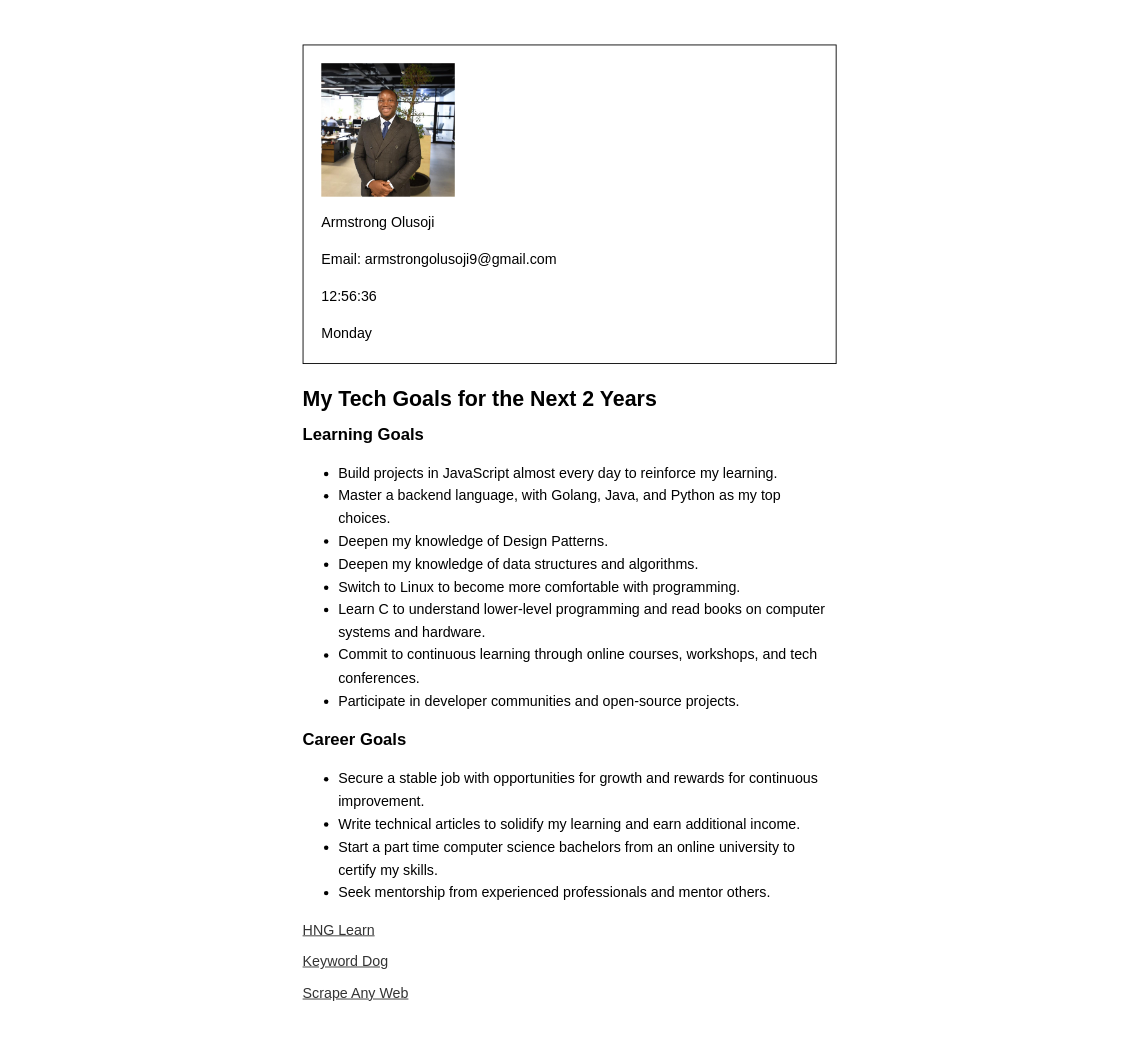
Repository: Armstrong2035/hng-project-one
Page: index.html
An editor plug-in stored every save of this project. The page is shown before and after the next save, followed by the edit.
The browser window is 1280 px wide. The pictures show the whole page, at 89% of full size.

Above is the page before, as saved 2024-07-01 16:59:21.

### index.html
<!DOCTYPE html>
<html>
  <head>
    <meta charset="utf-8" />
    <meta name="viewport" content="width=device-width" />
    <title>Armstrong Olusoji's Goals</title>
    <link href="style.css" rel="stylesheet" type="text/css" />
    <script src="script.js" defer></script>
  </head>
  <body>
    <div id="container">
      <div class="profile-card">
        <div class="profile-picture">
          <img
            src="Headshot.jpg"
            alt="Profile Picture"
            class="headshot"
            data-testid="slackProfilePicture"
          />
        </div>
        <div class="display-information">
          <p data-testid="slackDisplayName">Armstrong Olusoji</p>
          <p data-testid="slackEmail">Email: armstrongolusoji9@gmail.com</p>
          <p data-testid="currentTimeUTC" id="current-time">Loading...</p>
          <p data-testid="currentDay" id="current-day">Loading...</p>
        </div>
      </div>

      <section id="my-goals">
        <h2>My Tech Goals for the Next 2 Years</h2>
        <div class="learning-goals">
          <h3>Learning Goals</h3>
          <ul>
            <li>
              Build projects in JavaScript almost every day to reinforce my
              learning.
            </li>
            <li>
              Master a backend language, with Golang, Java, and Python as my top
              choices.
            </li>
            <li>Deepen my knowledge of Design Patterns.</li>
            <li>Deepen my knowledge of data structures and algorithms.</li>
            <li>
              Switch to Linux to become more comfortable with programming.
            </li>
            <li>
              Learn C to understand lower-level programming and read books on
              computer systems and hardware.
            </li>
            <li>
              Commit to continuous learning through online courses, workshops,
              and tech conferences.
            </li>
            <li>
              Participate in developer communities and open-source projects.
            </li>
          </ul>
        </div>
        <div class="career-goals">
          <h3>Career Goals</h3>
          <ul>
            <li>
              Secure a stable job with opportunities for growth and rewards for
              continuous improvement.
            </li>
            <li>
              Write technical articles to solidify my learning and earn
              additional income.
            </li>
            <li>
              Start a part time computer science bachelors from an online
              university to certify my skills.
            </li>
            <li>
              Seek mentorship from experienced professionals and mentor others.
            </li>
          </ul>
        </div>
      </section>

      <section>
        <a href="https://hng.tech/learn" data-testid="hngLink">HNG Learn</a>
        <a href="https://keyword.dog" data-testid="keywordLink">Keyword Dog</a>
        <a href="https://scrapeanyweb.site" data-testid="scrapeanywebLink"
          >Scrape Any Web</a
        >
      </section>
    </div>
  </body>
</html>

### style.css
body {
  font-family: Arial, sans-serif;
  line-height: 1.6;
  margin: 0;
  padding: 0;
}

#container {
  max-width: 800px;
  margin: 0 auto;
  padding: 50px;
}

.profile-card {
  margin-bottom: 20px;
  display: flex;
  flex-direction: column;
  align-items: flex-start;
  border: 1px solid black;
  padding: 20px 20px;
}

.profile-picture {
  height: 150px;
  width: 150px;

  align-self: flex-start;
}

.profile-picture .headshot {
  height: 100%;
  width: 100%;
  object-fit: cover;
}

.display-information p {
  margin-bottom: 1px;
}

h2,
h3 {
  margin: 5px 0;
}

a {
  display: block;
  margin: 10px 0;
  color: #333;
}

a:hover {
  text-decoration: underline;
}

@media (min-width: 600px) {
  #container {
    max-width: 600px;
  }
}

### script.js
function updateTime() {
  const now = new Date();
  const utcTime = now.toISOString().slice(11, 19);
  const day = now.toLocaleDateString("en-US", { weekday: "long" });
  document.getElementById("current-time").textContent = ` ${utcTime}`;
  document.getElementById("current-day").textContent = ` ${day}`;
}

setInterval(updateTime, 1000);
updateTime();

After the next save:
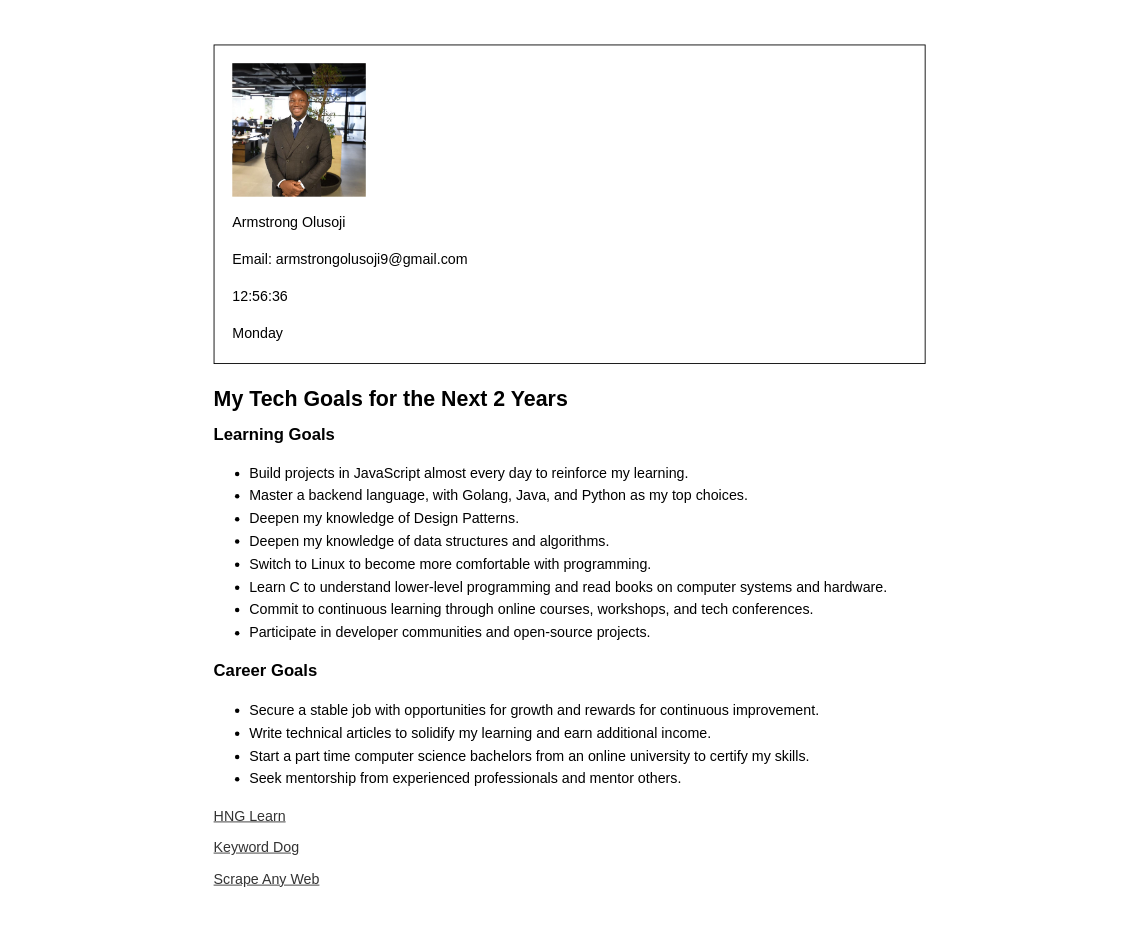
Saved 79 s later.
--- a/style.css
+++ b/style.css
@@ -51,9 +51,3 @@ a {
 a:hover {
   text-decoration: underline;
 }
-
-@media (min-width: 600px) {
-  #container {
-    max-width: 600px;
-  }
-}
